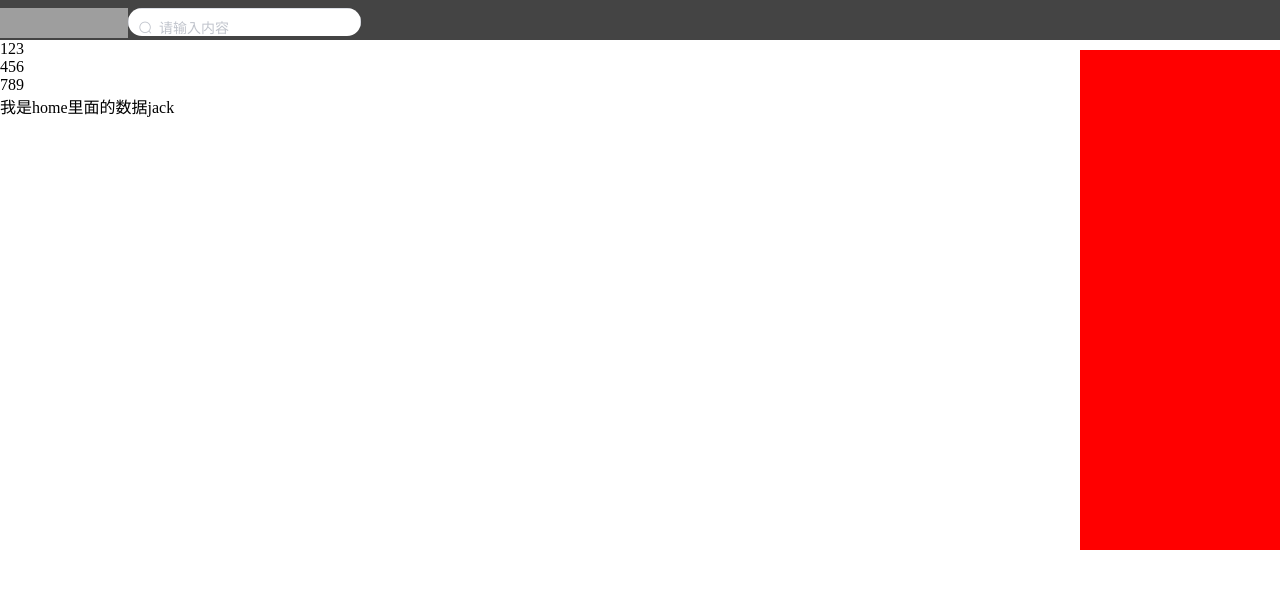
Repository: jinggegeZ/cnode
Page: /
An editor plug-in stored every save of this project. The page is shown before and after the next save, followed by the edit.
The browser window is 1280 px wide. The pictures show the whole page.
Pictures or frames that could not be fetched are drawn as grey boxes. The project was rebuilt for these pictures with package versions that can differ from the ones it lists, and the page was loaded fresh each time.

Above is the page before, as saved 2020-06-05 11:51:00.

After the next save:
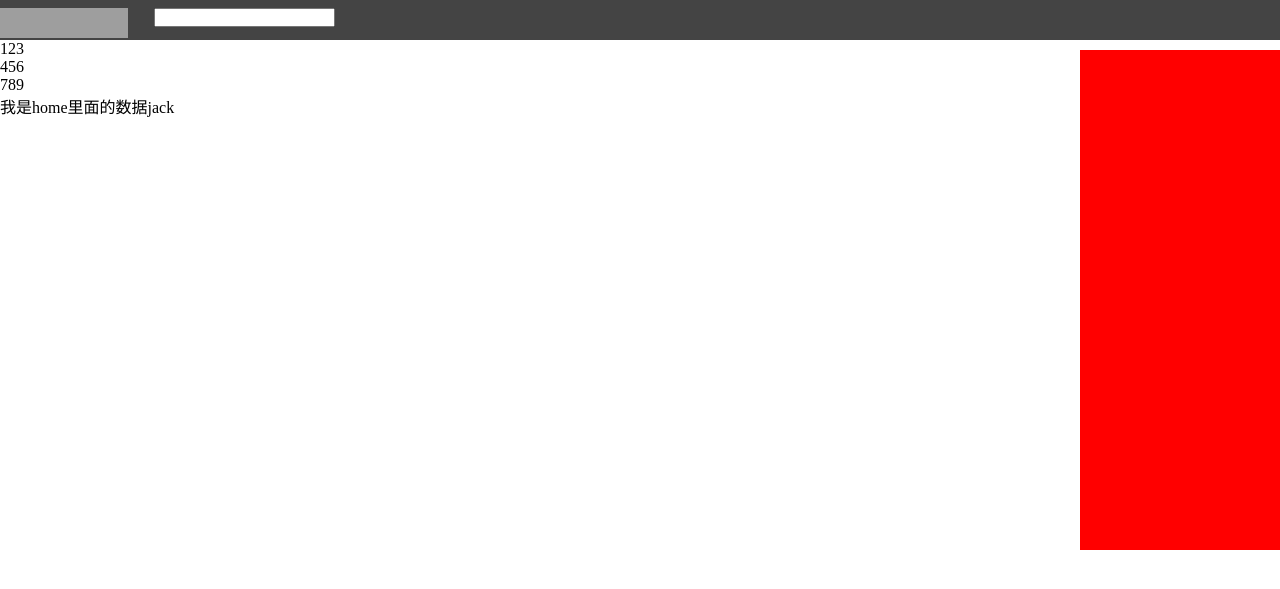
Saved 53 s later.
--- a/src/components/top/top.vue
+++ b/src/components/top/top.vue
@@ -12,7 +12,8 @@
             />
           </div>
           <div class="ipt">
-            <el-input placeholder="请输入内容" prefix-icon="el-icon-search" v-model="input2"></el-input>
+            <div></div>
+            <div><input type="text"></div>
           </div>
         </div>
         <div></div>
